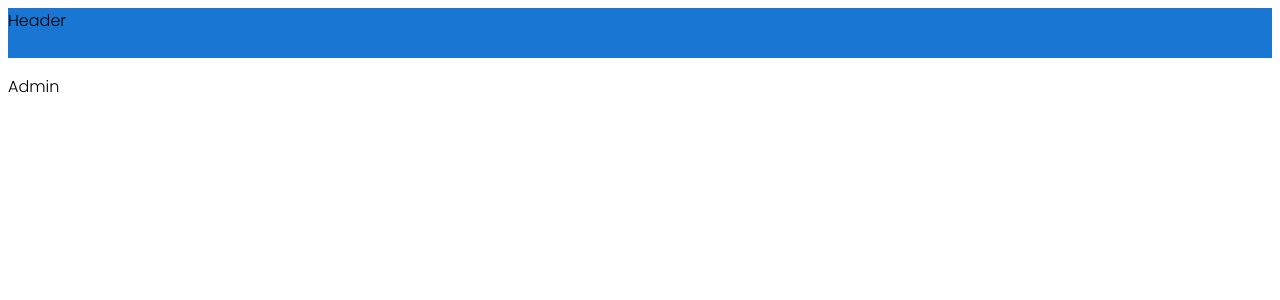
Repository: namphextra/portfolio
Page: /admin
These files come from the project's save history. The page is drawn as it stood at one moment and after the next save; the edit follows.
The browser window is 1280 px wide. The pictures show the whole page.
The project was rebuilt for these pictures with package versions that can differ from the ones it lists, and the page was loaded fresh each time. The framework's server and built-in components were replaced by stand-ins that run in the browser. Also part of the build but not shown: next.config.js.

Above is the page before, as saved 2023-02-14 17:11:22.

After the next save:
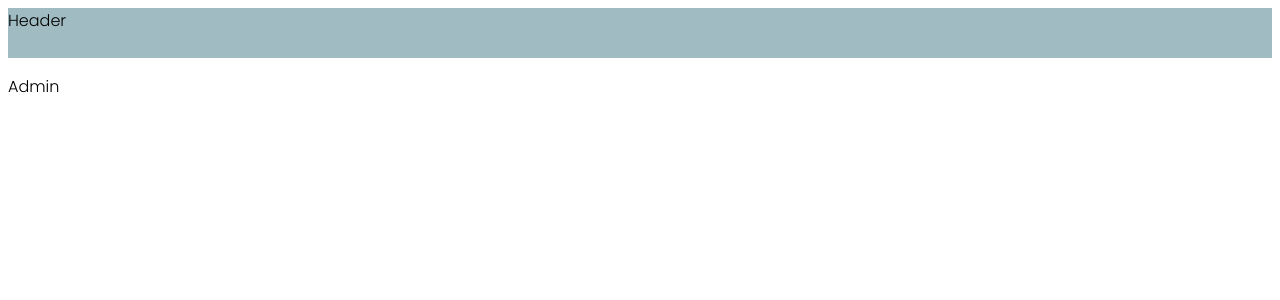
Saved 21 h 23 min later.
--- a/src/app/layout.tsx
+++ b/src/app/layout.tsx
@@ -7,6 +7,16 @@ import "./global.css";
 const theme = createTheme({
   typography: {
     fontFamily: ["Poppins", "sans-serif"].join(","),
+  },
+  palette: {
+    primary: {
+      main: "#A0BCC2",
+      light: "#A0BCC2",
+    },
+    secondary: {
+      main: "#A0BCC2",
+      light: "#A0BCC2",
+    },
   },
 });
 
